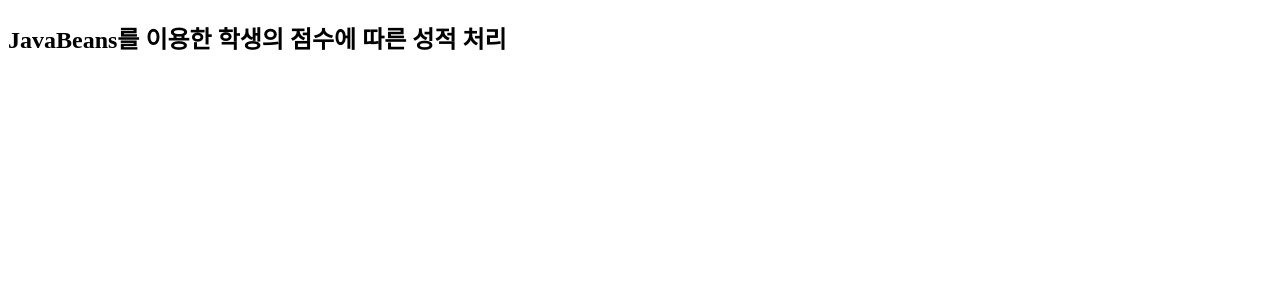
Repository: Hyuk-II/2-2
Page: http://localhost/기말고사/grade.jsp
An editor plug-in stored every save of this project. The page is shown before and after the next save, followed by the edit.
The browser window is 1280 px wide. The pictures show the whole page.
The page is served by Tomcat 9.

Above is the page before, as saved 2024-12-09 01:44:02.

### 웹 프로그래밍/기말고사/src/main/webapp/grade.jsp
<%@ page language="java" contentType="text/html; charset=UTF-8"
    pageEncoding="UTF-8"%>
<!DOCTYPE html>
<html>
<head>
<meta charset="UTF-8">
<title>Q5</title>
</head>
<body>
	<h2>JavaBeans를 이용한 학생의 점수에 따른 성적 처리</h2>
	<jsp:useBean id="score" class = "com.bean.MyBean" scope="page"/>

</body>
</html>

### 웹 프로그래밍/기말고사/src/main/java/com/bean/MyBean.java
package com.bean;

public class MyBean {
	String name;
	int point;
	String grade;
}

After the next save:
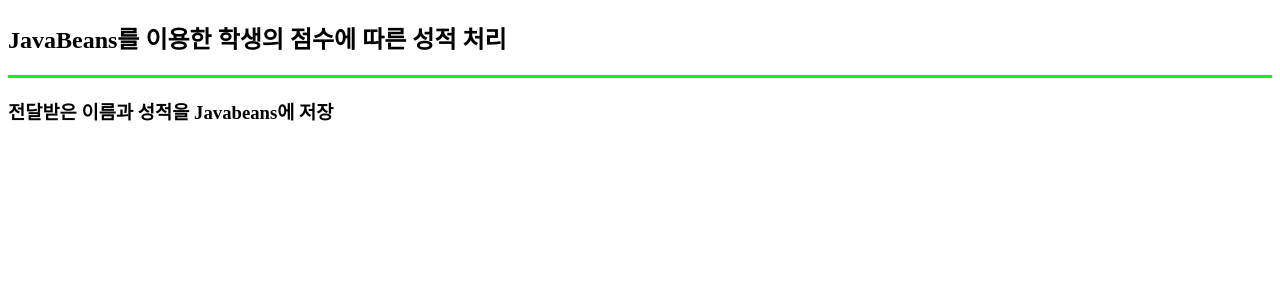
Saved 49 s later.
--- a/웹 프로그래밍/기말고사/src/main/webapp/grade.jsp
+++ b/웹 프로그래밍/기말고사/src/main/webapp/grade.jsp
@@ -9,6 +9,7 @@
 <body>
 	<h2>JavaBeans를 이용한 학생의 점수에 따른 성적 처리</h2>
 	<jsp:useBean id="score" class = "com.bean.MyBean" scope="page"/>
-
+	<hr size ="3" color="#00ff00">
+	<h3> 전달받은 이름과 성적을 Javabeans에 저장 </h3>
 </body>
 </html>
